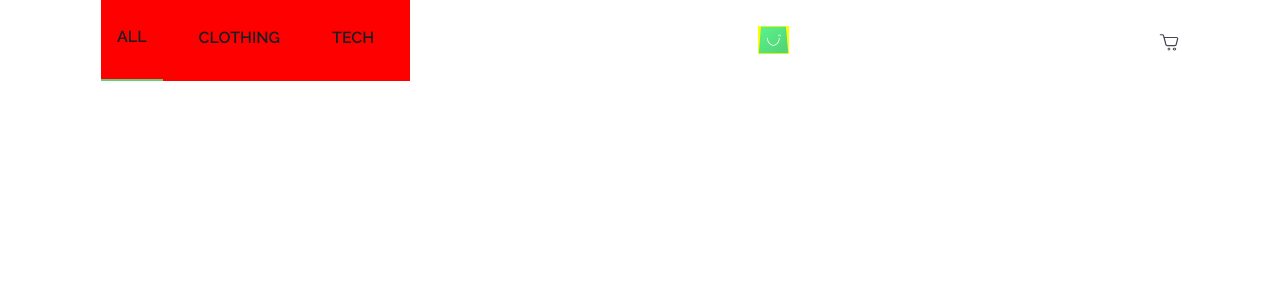
Repository: Esraa22M/project
Page: / (app in ecommerce/)
The author's editor kept a copy of each file at every save. The page is drawn from the files as they stood at one save, then again after the next save.
The browser window is 1280 px wide. The pictures show the whole page.
The project was rebuilt for these pictures with package versions that can differ from the ones it lists, and the page was loaded fresh each time. Also part of the build but not shown: ecommerce/src/components/TechCategory.js, ecommerce/src/components/ClothingCategory.js, ecommerce/src/components/ErrorPage.js, ecommerce/src/components/ProductDetails.js, ecommerce/src/components/Cart.js.

Above is the page before, as saved 2022-03-26 02:15:00.

### ecommerce/public/index.html
<!DOCTYPE html>
<html lang="en">

<head>
  <meta charset="utf-8" />
  <link rel="icon" href="%PUBLIC_URL%/favicon.ico" />
  <meta name="viewport" content="width=device-width, initial-scale=1" />
  <meta name="theme-color" content="#000000" />
  <link rel="preconnect" href="https://fonts.googleapis.com">
  <link rel="preconnect" href="https://fonts.gstatic.com" crossorigin>
  <link
    href="https://fonts.googleapis.com/css2?family=Raleway:wght@300;400;500;600;700;800;900&family=Roboto:wght@300;400;500;700;900&family=Source+Sans+Pro:wght@300;400;600;700;900&display=swap"
    rel="stylesheet">
  <meta name="description" content="Web site created using create-react-app" />
  <link rel="apple-touch-icon" href="%PUBLIC_URL%/logo192.png" />
  <!--
      manifest.json provides metadata used when your web app is installed on a
      user's mobile device or desktop. See https://developers.google.com/web/fundamentals/web-app-manifest/
    -->
  <link rel="manifest" href="%PUBLIC_URL%/manifest.json" />
  <!--
      Notice the use of %PUBLIC_URL% in the tags above.
      It will be replaced with the URL of the `public` folder during the build.
      Only files inside the `public` folder can be referenced from the HTML.

      Unlike "/favicon.ico" or "favicon.ico", "%PUBLIC_URL%/favicon.ico" will
      work correctly both with client-side routing and a non-root public URL.
      Learn how to configure a non-root public URL by running `npm run build`.
    -->
  <title>React App</title>
</head>

<body>
  <noscript>You need to enable JavaScript to run this app.</noscript>
  <div id="root"></div>
  <!--
      This HTML file is a template.
      If you open it directly in the browser, you will see an empty page.

      You can add webfonts, meta tags, or analytics to this file.
      The build step will place the bundled scripts into the <body> tag.

      To begin the development, run `npm start` or `yarn start`.
      To create a production bundle, use `npm run build` or `yarn build`.
    -->
</body>

</html>

### ecommerce/src/index.css

/* ------------------- */
/* Custom properties   */
/* ------------------- */
:root {
  /* colors */
  --clr-primary: hsla(136, 53%, 59%, 1);
  --clr-black:hsla(216, 8%, 12%, 1);
  --clr-light: hsla(210, 5%, 67%, 0.19);
  --clr-light-grey:hsla(231, 6%, 58%, 1);
  --clr-white:hsla(0, 0%, 100%, 1);
  --clr-neutral:hsla(247, 13%, 25%, 0.22);
   /* font-sizes */
   --fs-14:0.875;
   --fs-16: 1rem;
   --fs-18: 1.125rem;
   --fs-24:1.5rem;
   --fs-30:1.875rem;
   --fs-42:2.625rem;
    /* font-families */
    --ff-raleway:'Raleway', sans-serif;
    --ff-roboto: 'Roboto', sans-serif;

}
/* ------------------- */
/* Reset               */
/* ------------------- */

/* Box sizing */
*,
*::before,
*::after {
    box-sizing: border-box;
    margin: 0;
    padding: 0;
}
body{
  font-family: var(--ff-raleway);
  position: relative;
  font-size:16px;
  color: var(--clr-black);
  line-height:18px;
  min-height: 100vh;
  -webkit-font-smoothing: antialiased;
  -moz-osx-font-smoothing: grayscale;
}

### ecommerce/src/App.js
import React from "react";
import { BrowserRouter as Router, Routes, Route } from "react-router-dom";
import AllCategory from "./components/AllCategory";
import Navbar from "./components/Navbar";
import TechCategory from "./components/TechCategory";
import ClothingCategory from "./components/ClothingCategory";
import ErrorPage from "./components/ErrorPage";
import ProductDetails from "./components/ProductDetails";
import Cart from "./components/Cart";
class App extends React.Component {
  constructor(props) {
    super(props);

    this.state = {};
  }

  render() {
    return (
      <Router>
        <Navbar

        />

        <Routes>
          <Route
            path="/"
            element={
              <AllCategory

              />
            }
          >
          </Route>
          <Route
            path="/clothes"
            element={
              <ClothingCategory

              />
            }
          ></Route>
          <Route
            path="/tech"
            element={
              <TechCategory

              />
            }
          ></Route>
          <Route
            path="/details/:id"
            element={
              <ProductDetails

              />
            }
          ></Route>
          <Route
            path="/cart"
            element={
              <Cart

              />
            }
          ></Route>
          <Route path="*" element={<ErrorPage />}></Route>
        </Routes>
      </Router>
    );
  }
}

// #endregion

export default App;

### ecommerce/src/components/AllCategory.js
import React from 'react';
class AllCategory extends React.Component {
constructor(props) {
    super(props);

    this.state = {
    };
}

    render() {
        return <div></div>;
    }
}


export default AllCategory;

### ecommerce/src/components/Navbar.js
import React from "react";
import circle from "../images/halfCircle.svg";
import cart from "../images/cartIcon.svg";
import bag from "../images/logo.svg";
import cartLeg from "../images/cartLeg.svg";
import arrow from "../images/arrow.svg";
import {
    Nav,
    NavLink,
    NavMenu,
    Right,
    Center,
    Header,
    ShoppingCartIcon,
  } from "../styles/Navbar.style";
class Navbar extends React.Component {
  constructor(props) {
    super(props);

    this.state = {

      links: [true , false , false],

    };
  }
  handleOnLinkClick = (index) => {
    let tempLinks = [...this.state.links];
    for (var i = 0; i < tempLinks.length; i++) {
      tempLinks[i] = false;
    }

    tempLinks[index] = true;
    this.setState({ links: tempLinks });
  };
  render() {
    let links = this.state.links;

    return (
      <Header>
        <Nav>
          <NavMenu>
            <NavLink
              to="/"
              className={links[0] === true ? "active" : ""}
               onClick={() => this.handleOnLinkClick(0)}
            >
              ALL
            </NavLink>
            <NavLink
              to="/clothes"
              className={links[1] === true ? "active" : ""}
              onClick={() => this.handleOnLinkClick(1)}
            >
              Clothing
            </NavLink>
            <NavLink
              className={links[2] === true ? "active" : ""}
              to="/tech"
              onClick={() => this.handleOnLinkClick(2)}
            >
              Tech
            </NavLink>
          </NavMenu>
          <Center>
           <img
              src={bag}
              className="bag"
              alt="shopping-bag"
            />
            <img src={arrow} alt="up-arrow" className="upArrow" />
            <img src={circle} alt="circle" className="circle" />
          </Center>
          <Right>
            {/* <CustomDropDownMenu
              handleCurrencyIndexSelection={
                this.props.handleCurrencyIndexSelection
              }
            /> */}
            <ShoppingCartIcon>
              <img src={cart} alt="cart" className="cart-icon" />
              <img src={cartLeg} alt="cart" className="cart-leg-1 " />
              <img src={cartLeg} alt="cart" className="cart-leg-2 " />

              {/* <img src={cartLeg} alt="cart" className="cart-leg-1 " />
              <img src={cartLeg} alt="cart" className="cart-leg-2 " />
              {/* {this.props.cartItemsCount > 0 ? ( *
                <span className="circle">{this.props.cartItemsCount}</span>
              ) : (
                ""
              )} */}
             </ShoppingCartIcon>
          </Right>
        </Nav>
      </Header>
    );
  }
}
export default Navbar;

### ecommerce/src/styles/Navbar.style.js
import styled from "styled-components";
import { Link } from "react-router-dom";
export let Header = styled.header`
background-color:var(--clr-white);
`
export let Nav = styled.nav`
  display: flex;
  align-items: center;
  justify-content: space-between;
  text-transform: uppercase;
  padding: 0;
  margin: 0 6.313rem;

  height: 5rem;
`;

export const NavMenu = styled.div`
  & > * {
    margin-right: 1.25rem;
  }
  display: flex;
  justify-content: center;
  align-items: center;
  background-color:red;
  .active {
    border-bottom: 2px solid var( --clr-primary);
  }
`;
export const NavLink = styled(Link)`
  color: var(--color-black);
  text-decoration: none;
  display: flex;
  padding-top: 1.75rem;
  padding-bottom: 2rem;
  padding-left:1rem;
  padding-right:1rem;
  font-weight: 600;
  line-height: 1.2rem;
  font-size:var(--fs-16);
  text-align: center;
  cursor: pointer;
`;
export const Center = styled.div`
  display: flex;
  line-height:18px;
  background-color:yellow;
  position: relative;
  width: 1.949rem;
    height: 1.789rem;
  .circle,
  .upArrow {
    position: absolute;
  }
  .bag {
    width: 100%;
    height:100%;
  }
  .upArrow {
    width:0.338rem;
    height:0.199rem;
    bottom: 1.082rem;
    right: 0.429rem;
  }
  .circle {
    bottom: 0.54rem;
    right: 0.571rem;
    width:0.88rem;
    height:0.562rem;
  }
`;
export const Right = styled.div`
  display: flex;
  justify-content: center;
  align-items: center;`

export let ShoppingCartIcon = styled.div`
  display: flex;
  flex-direction: column;
  justify-content: center;
  align-items: center;
  position: relative;
  width:1.25rem;
  height:0.813rem;
  margin-left: 1.375rem;
  .cart-icon{
    width:100%;
    height:100%;
  }
  .cart-leg-1 ,.cart-leg-2{
    position:absolute;
    width:0.274rem;
    height:0.262rem;
    display:inline-block;
    top:100%;
  }
  .cart-leg-2{
    right:0.133rem;
  }

  /* .circle {
    position: absolute;
    display: flex;
    display:none;
    justify-content: center;
    align-items: center;
    color: var(--color-white);
    background-color: var(--color-black);
    border-radius: 100%;
    bottom: 1.5vw;
    font-weight: 700;
    font-size: 1.5vw;
    line-height: 2.28vw;
    text-align: center;
  }
  .cart-leg-1 , .cart-leg-2{
    position:absolute;
  }
  .cart-leg-1{
    top:1rem;
    right:0.1rem;
  }
  .cart-leg-2{
    top:1rem;

  } */

`;

Loaded but not shown: ecommerce/src/index.js (common file)

After the next save:
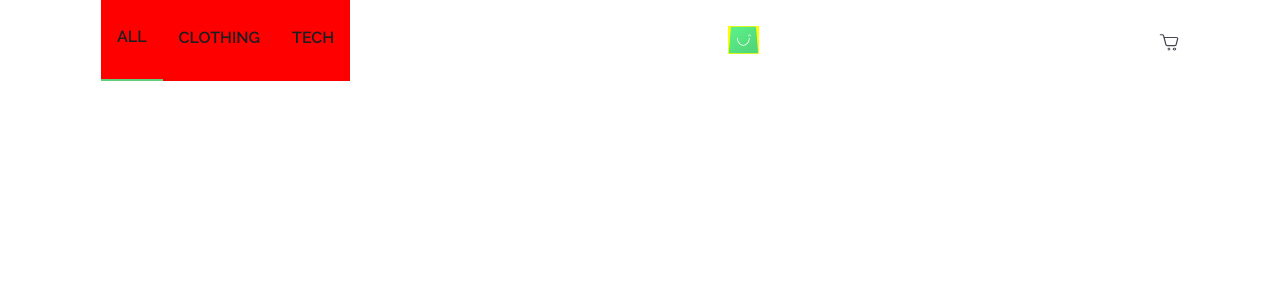
Saved 87 s later.
--- a/ecommerce/src/styles/Navbar.style.js
+++ b/ecommerce/src/styles/Navbar.style.js
@@ -15,9 +15,9 @@
 `;
 
 export const NavMenu = styled.div`
-  & > * {
+  /* & > * {
     margin-right: 1.25rem;
-  }
+  } */
   display: flex;
   justify-content: center;
   align-items: center;
